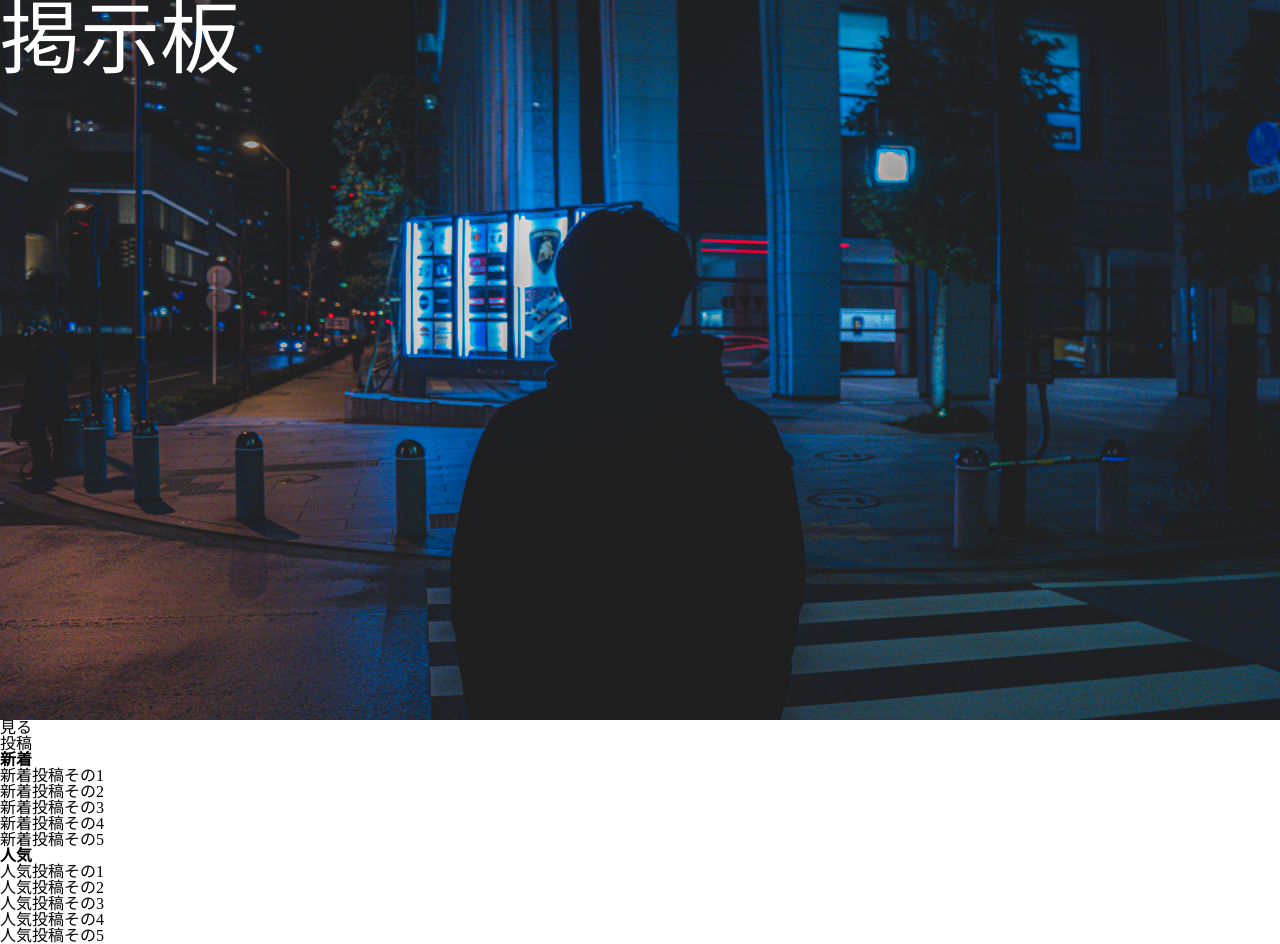
Repository: KustomApe/LandorusInc
Page: index.html
The author's editor kept a copy of each file at every save. The page is drawn from the files as they stood at one save, then again after the next save.
The browser window is 1280 px wide. The pictures show the whole page.

Above is the page before, as saved 2021-07-24 12:59:04.

After the next save:
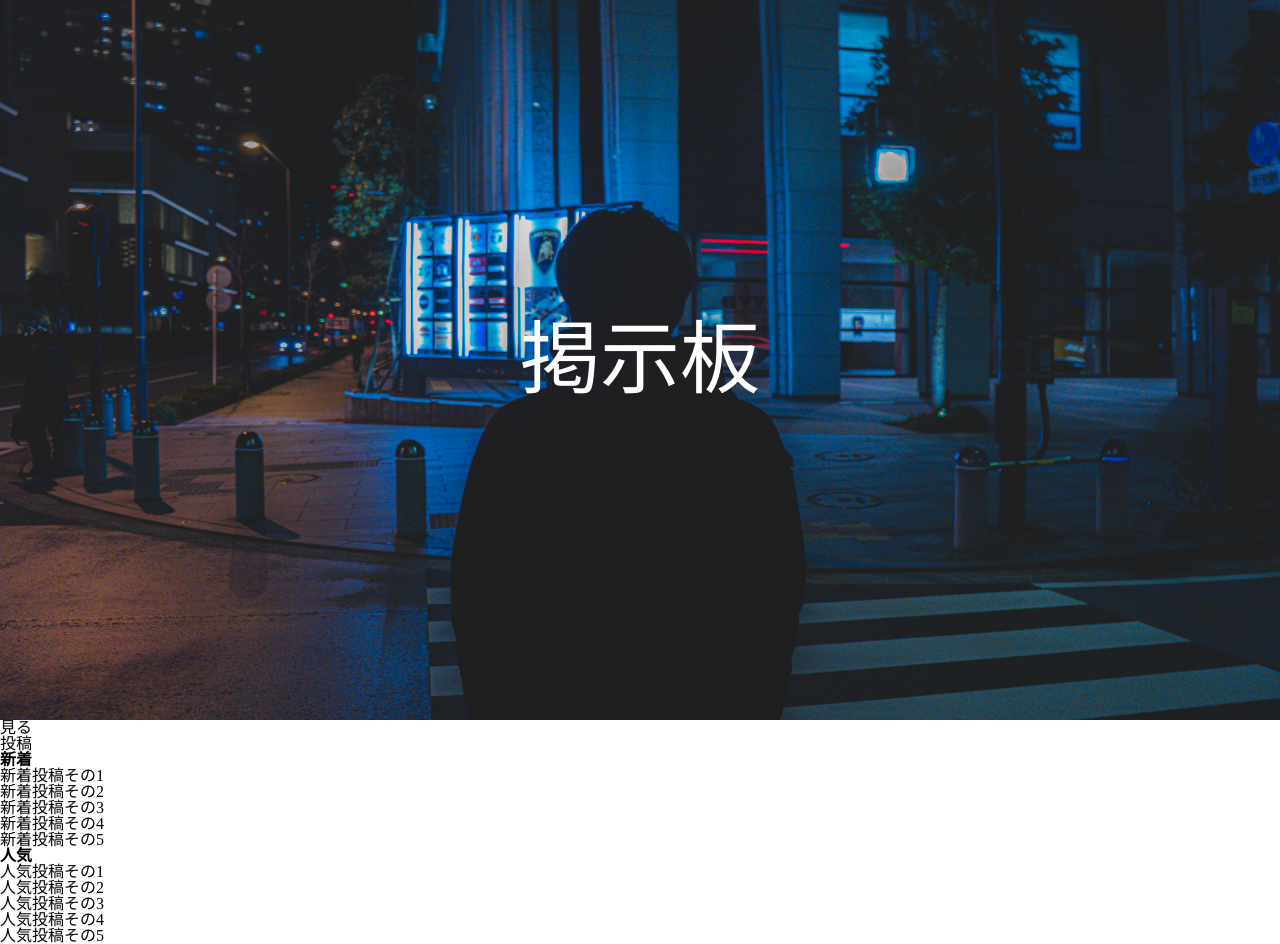
Saved 40 s later.
--- a/assets/css/style.css
+++ b/assets/css/style.css
@@ -6,6 +6,7 @@ body {
 }
 
 div#main_img {
+    position: relative;
     display: block;
     width: 100%;
     height: 100vh;
@@ -15,6 +16,11 @@ div#main_img {
 
 div#main_img h1 {
     position: absolute;
+    top: 50%;
+    left: 50%;
+    transform: translate(-50%, -50%);
+    -webkit-transform: translate(-50%, -50%);
+    -ms-transform: translate(-50%, -50%);
     color: #fff;
     font-size: 5rem;
     font-weight: lighter;
